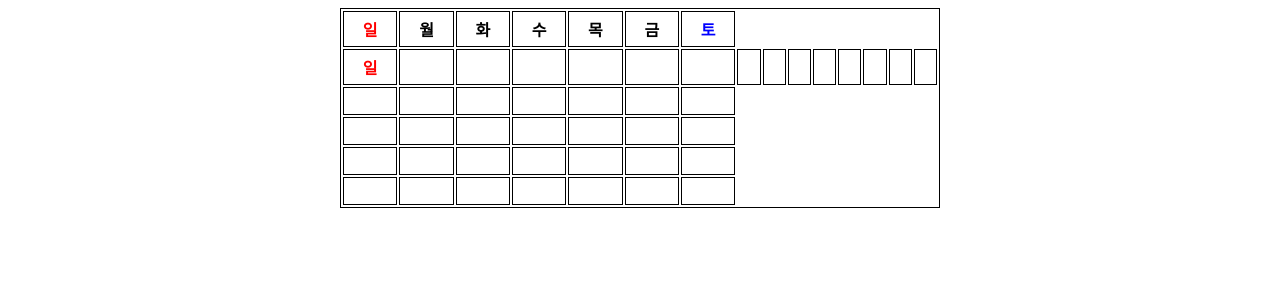
Repository: gyungmean/2020_2_webProgramming
Page: http://localhost/jspbook/Practice10/Practice10.jsp
An editor plug-in stored every save of this project. The page is shown before and after the next save, followed by the edit.
The browser window is 1280 px wide. The pictures show the whole page.
The page is served by Tomcat 9.

Above is the page before, as saved 2020-10-12 08:30:31.

### week4/jspbook/WebContent/Practice10/Practice10.jsp
<%--컴퓨터학과 20190941 김경민 --%>
<%--최적 실행화면 : Eclipse built-in --%>
<%@ page language="java" contentType="text/html; charset=UTF-8"
    pageEncoding="UTF-8"%>
<!DOCTYPE html>
<html>
<head>
<meta charset="EUC-KR">
<title>Practice 10</title>
<style>
	table {
	    width: 600px;
	    height: 200px;
	    border: 1px solid black;
  	}
  	th, td {
    	border: 1px solid black;
    	text-align: center;
    	font-weight: bold;
  	}
</style>
</head>
<body>
<%
	out.println("<div align=\"center\">");
	out.println("<table>");
	String[] day = {"일", "월", "화", "수", "목", "금", "토"};
	out.println("<tr>");
		out.println("<td><font color=\"red\">일</font></td>");
		out.println("<td>월</td>");
		out.println("<td>화</td>");
		out.println("<td>수</td>");
		out.println("<td>목</td>");
		out.println("<td>금</td>");
		out.println("<td><font color=\"blue\">토</font></td>");
	out.println("</tr>");
	for(int i = 0; i < 5; i++){
		out.println("<tr>");
		if(i == 0){
			for(int j = 0; j < 7; j++){
				if(day[j] == "일")
					out.println("<td><font color=\"red\">" + day[j] +"</font></td>");
				out.println("<td>&nbsp;</td>");
			}
		}
		for(int j = 0; j < 7; j++){
			out.println("<td>&nbsp;</td>");
		}
		out.println("</tr>");
	}
	out.println("</table>");
	out.println("</div>");
%>
</body>
</html>

After the next save:
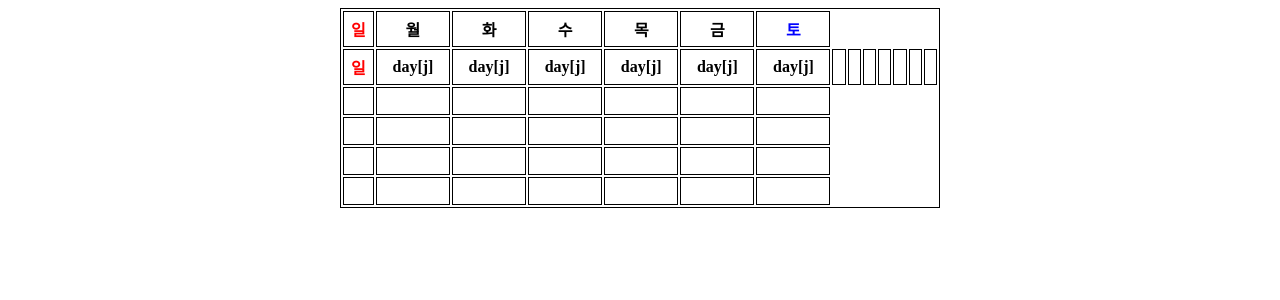
Saved 37 s later.
--- a/week4/jspbook/WebContent/Practice10/Practice10.jsp
+++ b/week4/jspbook/WebContent/Practice10/Practice10.jsp
@@ -40,7 +40,9 @@
 			for(int j = 0; j < 7; j++){
 				if(day[j] == "일")
 					out.println("<td><font color=\"red\">" + day[j] +"</font></td>");
-				out.println("<td>&nbsp;</td>");
+				else{
+					out.println("<td>day[j]</td>");
+				}
 			}
 		}
 		for(int j = 0; j < 7; j++){
